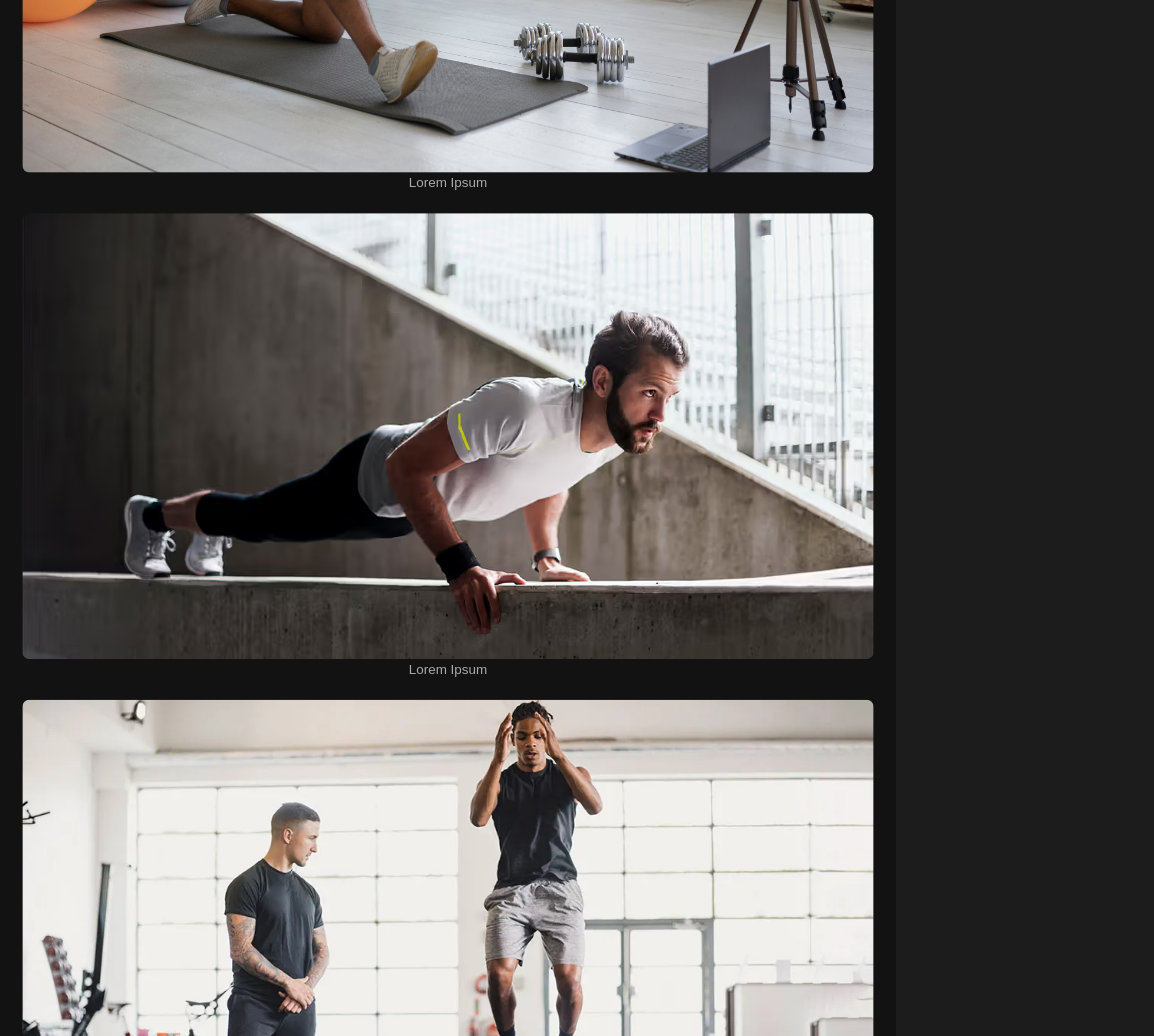
Repository: Aminul-Islam85/Assignment-2
Page: index.html
An editor plug-in stored every save of this project. The page is shown before and after the next save, followed by the edit.
The browser window is 1280 px wide. The page is 1648 px wide, so the pictures cover 1648 px, including what lies to the right of the window. The pictures show the part of the page from y = 2872 to 4352 px (the page is 9145 px tall before and 8821 px after), at 70% of full size.

Above is the page before, as saved 2024-10-23 18:28:39.

### index.html
<!DOCTYPE html>
<html lang="en">
<head>
    <meta charset="UTF-8">
    <meta name="viewport" content="width=device-width, initial-scale=1.0">
    <title>Fitness Website</title>
    <link rel="stylesheet" href="styles.css">
</head>
<body>

    <nav class="navbar">
        <h1 class="heading-text">Fitness</h1>
        <ul class="nav-links">
            <li><a href="#">Home</a></li>
            <li><a href="#">Service</a></li>
            <li><a href="#">Contact</a></li>
            <li><a href="#">About</a></li>
        </ul>
        <div class="hamburger">
            <span></span>
            <span></span>
            <span></span>
        </div>
    </nav>

    <section class="hero">
        <div class="hero-content">
            <h1>Get Body in <span class="highlighted">shape</span> & stay healthy</h1>
            <p>A huge selection of health and fitness content, healthy recipes and transformation stories to help you get fit and stay fit!</p>
            <div class="hero-buttons">
                <button class="cta-btn join-btn"> Join Club Now</button>
                <button class="cta-btn download-btn">Download App</button>
            </div>
        </div>
        <div class="hero-image">
            <img src="images/image 5.png" alt="Trainer">
        </div>

        <div class="info-card workout-card">500+<br>Free Workout Videos</div>
        <div class="info-card tutorial-card">350+<br>Video Tutorials</div>
    </section>

    <section class="habits">
        <h1>Change Your Habits</h1>
        <p>We believe fitness should be accessible to everyone, everywhere, regardless of income or access to a gym.</p>
        <div class="habits-gallery">
            <div class="habit-item">
                <img src="images/image 3.png" alt="Movement">
                <h3>Movement</h3>
                <p>We believe fitness should be accessible to everyone</p>
            </div>
            <div class="habit-item">
                <img src="images/image 2.png" alt="Time">
                <h3>Time</h3>
                <p>We believe fitness should be accessible to everyone</p>
            </div>
            <div class="habit-item">
                <img src="images/image 4.png" alt="Practice">
                <h3>Practices</h3>
                <p>We believe fitness should be accessible to everyone</p>
            </div>
            <div class="habit-item">
                <img src="images/image 5.png" alt="Wait Loss">
                <h3>Weight Loss</h3>
                <p>We believe fitness should be accessible to everyone</p>
            </div>
        </div>

    </section>

    <section class="extra-mile">
        <div class="extra-mile-content">
            <h2>Run an Extra Mile Easily</h2>
            <p>We believe fitness should be accessible to everyone, everywhere, regardless of income or access to a gym. With hundreds of professional workouts.</p>
            <button class="cta-btn extra-mile-btn">Join NOW</button>
        </div>
        <div class="extra-mile-image">
            <img src="images/run.jpg" alt="Run Image">
        </div>
    </section>

    <section class="trainings-exercises">
        <h2>Trainings and Exercises</h2>
        <p>We believe fitness should be accessible to everyone, everywhere, regardless of income or access to a gym.</p>
        <div>
            <div class="exercise-item">
                <img src="images/exercise1.jpg" alt="Exercise-1">
                <div exercise-overlay>
                    <p>Lorem Ipsum</p>
                </div>

            </div>
            <div class="exercise-item">
                <img src="images/exercise2.png" alt="Exercise-2">
                <div exercise-overlay>
                    <p>Lorem Ipsum</p>
                </div>
            </div>
            <div class="exercise-item">
                <img src="images/exercise3.png" alt="Exercise-3">
                <div exercise-overlay>
                    <p>Lorem Ipsum</p>
                </div>
            </div>
            <div class="exercise-item">
                <img src="images/exercise4.png" alt="Exercise-4">
                <div exercise-overlay>
                    <p>Lorem Ipsum</p>
                </div>
            </div>
            <div class="exercise-item">
                <img src="images/exercise5.jpg" alt="Exercise-5">
                <div exercise-overlay>
                    <p>Lorem Ipsum</p>
                </div>
            </div>
            <div class="exercise-item">
                <img src="images/run.jpg" alt="">
                <div exercise-overlay>
                    <p>Lorem Ipsum</p>
                </div>
            </div>
        </div>
    </section>

    <section class="bmi-calculator">
        <div class="bmi-title">
            <h2>BMI Calculator</h2>
            <p>We believe fitness should be accessible to everyone, everywhere, regardless of income or access to a gym.</p>
        </div>
        <div class="bmi-content">
            <div class="bmi-chart">
                <h3>BMI Calculator Chart</h3>
                <table>
                    <thead>
                        <tr>
                            <th>BMI</th>
                            <th>Weight Status</th>
                        </tr>
                    </thead>
                    <tbody>
                        <tr>
                            <td>Below 18.5</td>
                            <td>Underweight</td>
                        </tr>
                        <tr>
                            <td>18.5 - 24.9</td>
                            <td>Healthy</td>
                        </tr>
                        <tr>
                            <td>25.0 - 29.9</td>
                            <td>Overweight</td>
                        </tr>
                        <tr>
                            <td>30.0 - and Above</td>
                            <td>Obese</td>
                        </tr>
                    </tbody>
                </table>
            </div>

            <div>
                <h3>Calculate your BMI</h3>
                <p>We believe fitness should be accessible to everyone, everywhere, regardless of income or access to a gym.</p>
                <form>
                    <input type="text" placeholder="Height/cm">
                    <input type="text" placeholder="Weight/kg">
                    <input type="text" placeholder="Age">
                    <select>
                        <option value="">Sex</option>
                        <option value="">Male</option>
                        <option value="">Female</option>
                    </select>
                    <select>
                        <option value="">Select an activity factor</option>
                        <option value="">Sedentary</option>
                        <option value="">Lightly active</option>
                        <option value="">Moderatly active</option>
                        <option value="">Very active</option>
                    </select>
                </form>
            </div>
        </div>
    </section>

    <section class="team-selection">
        <div class="team-title">
            <h2>Meet Our Team</h2>
            <p>We believe fitness should be accessible to everyone, everywhere, regardless of income or access to a gym.</p>
        </div>
        <div class="team-content">
            <div class="team-member">
                <img src="images/trainer1.png" alt="Jerome Bell">
                <div class="team-overlay">
                    <h3>Jerome Bell</h3>
                    <p>Trainer</p>
                </div>
            </div>
            <div class="team-member">
                <img src="images/trainer2.png" alt="Cameron Williamson">
                <div class="team-overlay">
                    <h3>Cameron Williamson</h3>
                    <p>Trainer</p>
                </div>
            </div>
            <div class="team-member">
                <img src="images/trainer3.png" alt="Darrell Steward">
                <div class="team-overlay">
                    <h3>Darrell Steward</h3>
                    <p>Trainer</p>
                </div>
            </div>
            <div class="team-member">
                <img src="images/trainer4.png" alt="Dianne Russell">
                <div class="team-overlay">
                    <h3>Dianne Russell</h3>
                    <p>Trainer</p>
                </div>
            </div>
            <div class="team-member">
                <img src="images/trainer5.png" alt="Cody Fisher">
                <div class="team-overlay">
                    <h3>Cody Fisher</h3>
                    <p>Trainer</p>
                </div>
            </div>
            <div class="team-member">
                <img src="images/trainer6.png" alt="Theresa Webb">
                <div class="team-overlay">
                    <h3>Theresa Webb</h3>
                    <p>Trainer</p>
                </div>
            </div>
        </div>
    </section>

    <footer class="footer-section">
        <div class="footer-content">
            <div class="footer-brand">
                <h2 class="footer-logo">Fitness</h2>
                <p>We believe fitness should be accessible to everyone, everywhere, regardless of income or access to a gym.</p>
            </div>
            <div class="footer-links">
                <h3>Get Startted</h3>
                <ul>
                    <li><a href="#">Service</a></li>
                    <li><a href="#">Contact Us</a></li>
                    <li><a href="#">Affiliate Program</a></li>
                    <li><a href="#">About Us</a></li>
                </ul>

            </div>
            <div class="footer-links">
                <h3>Get Started</h3>
                <ul>
                    <li><a href="#">Fitness</a></li>
                    <li><a href="#">Platform</a></li>
                    <li><a href="#">Workout Library</a></li>
                    <li><a href="#"></a>App Design</li>
                </ul>
            </div>
        </div>
    </footer>
</body>
</html>

### styles.css
/*Global Styles*/
* {
    margin: 0;
    padding: 0;
    box-sizing: border-box;
}

body {
    font-family: 'Arial', sans-serif;
    background-color:#1c1c1c;
    color: #fff;
}

/*Navbar*/
.navbar {
    display: flex;
    justify-content: space-between;
    align-items: center;
    padding: 1rem 2rem;
    background-color: transparent;
}

.heading-text {
    font-size: 1.5rem;
    color: #ff5e00;
}

/*nav-link hidden in moble*/
.nav-links {
    list-style: none;
    display: flex;
    gap: 2rem;
}

.nav-links a {
    color: #fff;
    text-decoration: none;
    font-size: 1rem;
}

/*Hamburger menu hidden in desktop*/
.hamburger {
    display: none;
    flex-direction: column;
    cursor: pointer;
}

.hamburger span {
    width: 25px;
    height: 3px;
    background-color: #fff;
    margin: 4px;
    transition: 0.3s;
}

/*responsiveness*/

@media (max-width: 768px) {
    .nav-links {
        display: none;
    }
    .hamburger {
        display: flex;
    }
    /*hamburger clicked show nav-links*/
    .navbar.active .nav-links {
        display: flex;
        flex-direction: column;
        position: absolute;
        top: 60px;
        right: 0;
        background-color: #121212;
        width: 100%;
        height: auto;
        text-align: center;
        padding: 1rem 0;
    }
    .nav-links li {
        margin: 1rem 0;
    }
}

/* Hero section*/
.hero {
    display: flex;
    justify-content: space-between;
    align-items: center;
    padding: 4rem 2rem;
    background-color: #121212;
    position: relative;
}
.hero-content {
    max-width: 50%;
}

.hero h1 {
    font-size: 3rem;
    line-height: 1.2;
    margin-bottom: 1rem;
}

.hero .highlighted {
    font-style: italic;
    font-weight: 700;
    color: #ff5e00;
}

.hero p {
    font-size: 1.2rem;
    margin-bottom: 2rem;
}

.hero-buttons {
    display: flex;
    gap: 1rem;
}

.cta-btn {
    padding: 1rem 2rem;
    font-size: 1rem;
    border: none;
    border-radius: 5px;
    cursor: pointer;
}

.join-btn {
    background-color: #ff5e00;
    color: #fff;
}

.download-btn {
    background-color: transparent;
    border: 2px solid #fff;
    color: #fff;

}

.hero-image img {
    max-width: 100%;
    height: auto;
}

/*Info Cards*/
.info-card {
    position: absolute;
    background-color: #2e2e2e;
    color: white;
    border-radius: 8px;
    padding: 1re 1.5rem;
    font-size: 1.2rem;
    font-weight: bold;
    text-align: center;
}

.workout-card {
    top: 30%;
    right: 10%;
}

.tutorial-card {
    top: 60%;
    left: 55%;
}

/*Hero reponsive for mobile*/
@media (max-width: 768px) {
.hero {
    flex-direction: column;
    text-align: center;
}
.hero-content {
    max-width: 100%;
    margin-bottom: 2rem;
}
.hero-image img {
    max-width: 100%;
    height: auto;
}
.info-card {
    font-size: 1rem;
    padding: 0.75rem 1 rem;
    position: relative;
    margin: 1rem auto;
    width: auto;
}
.workout-card, .tutorial-card {
    top: auto;
    left: auto;
    right: auto;
    transform: none;
    margin-bottom: 1rem;
 }
}

/*Hero Buttons on mobile*/
@media (max-width:480px) {
    .hero-buttons {
        flex-direction: column;
        gap: 1rem;
    }
    .cta-btn {
        width: 100%;
    }
}

/*Change habit section*/
.habits {
    padding: 4rem 2rem;
    text-align: center;
    background-color: #121212;
}

.habits h2 {
    font-size: 2.5rem;
    margin-bottom: 1rem;
}

.habits p {
    font-size: 1.2rem;
    margin-bottom: 2rem;
}

.habits-gallery {
    display: flex;
    justify-content: space-around;
    align-items: center;
    flex-wrap: wrap;
    gap: 2rem;
}

.habit-item {
    text-align: center;
    max-width: 200px;
}

.habit-item img {
    width: 100px;
    height: 100px;
    border-radius: 50%;
    margin-bottom: 1rem;
}

.habit-item h3 {
    font-size: 1.5rem;
    margin-bottom: 0.5rem;
}
.habit-item p {
    font-size: 1rem;
    color: #aaa;
}

/*Extra mile section*/
.extra-mile {
    display: flex;
    justify-content: space-between;
    align-items: center;
    background-color: #2e2e2e;
    padding: 4rem 2rem;
    border-radius: 20px;
    margin: 4rem 0;
}

.extra-mile-content {
    max-width: 50%;
}
.extra-mile h2 {
    font-size: 2.5rem;
    margin-bottom: 1rem;
}
.extra-mile p {
    font-size: 1.2rem;
    margin-bottom: 2rem;
}
.extra-mile btn {
    background-color: #ff5e00;
    color: white;
    border: none;
    padding: 1rem 2rem;
    border-radius: 5px;
    cursor: pointer;
}
.extra-mile image img {
    border-radius: 10px;
    max-width: 100%;
}
/*Footer*/
footer {
    text-align: center;
    padding: 1rem;
    background-color: #333;
    color: #fff;
    margin-top: 2rem;
}
/*responsive design*/
@media (max-width: 768px) {
    .hero h1 {
        font-size: 2rem;
    }
    .hero p {
        font-size: 1rem;
    }
    .extra-mile {
        flex-direction: column;
        text-align: center;
    }
    .extra-mile-content, .extra-mile-image {
        max-width: 100%;
    }
}

@media (max-width: 480px) {
    hero h1 {
        font-size: 1.5rem;
    }
    .hero p {
        font-size: 0.9rem;
    }
}

/* Trainings and Exercise*/
.trainings-exercises {
    padding: 4rem 2rem;
    text-align: center;
    background-color: #121212;
}

.trainings-exercises h2 {
    font-size: 2.5rem;
    margin-bottom: 1rem;
}
.trainings-exercises p {
    font-size: 1.2rem;
    margin-bottom: 2rem;
    color: #aaa;
}
.exercise-gallery {
    display: grid;
    grid-template-columns: repeat(3, 1fr);
    gap: 1rem;
}
.exercise-item {
    position: relative;
}
.exercise-item img {
    width: 100%;
    height: auto;
    border-radius: 10px;
}
.exercise-overlay {
    position: absolute;
    top: 0;
    left: 0;
    width: 100%;
    height: 100%;
    background-color: rgba(0, 0, 0, 0.5);
    color: white;
    display: flex;
    justify-content: center;
    align-items: center;
    opacity: 0;
    transition: opacity 0.3s ease;
    border-radius: 10px;
}
.exercise-item:hover .exercise-overlay {
    opacity: 1;
}
.exercise-overlay p {
    font-size: 1.2rem;
    text-align: center;
}

/*BMI*/
.bmi-calculator {
    background-color: #121212;
    padding: 4rem 2rem;
}
.bmi-title {
    text-align: center;
    margin-bottom: 2rem;
}
.bmi-title h2 {
    font-size: 2.5rem;
    margin-bottom: 1rem;
    color: #fff;
}
.bmi-title p {
    font-size: 1.2rem;
    color: #aaa;
}

/*calculator*/
.bmi-content {
    display: flex;
    justify-content: space-between;
    align-items: flex-start;
    background-color: #2e2e2e;
    padding: 2rem;
    border-radius: 20px;
}
.bmi-chart {
    flex: 1;
    margin-right: 2rem;
}
.bmi-chart h3 {
    color:#fff;
    margin-bottom: 1rem;
}
.bmi-chart table {
    width: 100%;
    border-collapse: collapse;
}
.bmi-chart table th, .bmi-chart table td {
    padding: 1rem;
    text-align: left;
    border: 1px solid #fff;
    color: #fff;
}
.bmi-form {
    flex: 1;
}
.bmi-form h3 {
    color: #fff;
    margin-bottom: 1rem;
}
.bmi-form p {
    margin-bottom: 2rem;
    color: #aaa;
}
.bmi-form input, .bmi-form select {
    width: 100%;
    padding: 1rem;
    margin-bottom: 1rem;
    border-radius: 5px;
    border: none;
    background-color: #333;
    color: #fff;
}
.bmi-form select {
    cursor: pointer;
}
.bmi-form .calculate-btn {
    background-color: #ff5e00;
    color: white;
    border: none;
    padding: 1rem 2rem;
    border-radius: 5px;
    cursor: pointer;
    width: 100%;
    text-align: center;
}

/*responsiveness*/
@media (max-width: 768px) {
    .bmi-content {
        flex-direction: column;
    }
    .bmi-chart {
        margin-right: 0;
        margin-bottom: 2rem;
    }
}

/*Meet our team*/
.team-selection {
    background-color: #121212;
    padding: 4rem 2rem;
}
.team-title {
    text-align: center;
    margin-bottom: 2rem;
}
.team-title h2 {
    font-size: 2.5rem;
    margin-bottom: 1rem;
    color: #fff;
}
.team-title p {
    font-size: 1.2rem;
    color: #aaa;
}

/*Team-content*/
.team-content {
    display: grid;
    grid-template-columns: repeat(3,1fr);
    gap: 1.5rem;
    background-color: #2e2e2e;
    padding: 2rem;
    border-radius: 20px;
}
.team-member {
    position: relative;
    border-radius: 10px;
    overflow: hidden;
}
.team-member img {
    width: 100%;
    height: auto;
    border-radius: 10px;
}
.team-overlay {
    position: absolute;
    bottom: 0;
    left: 0;
    width: 100%;
    background-color: rgba(0, 0, 0, 0.5);
    color: white;
    padding: 1rem;
    text-align: center;
    transition: background-color 0.3s ease;
}
.team-member:hover .team-overlay {
    background-color: rgba(0, 0, 0, 0.7);
}
.team-overlay h3 {
    margin: 0;
    font-size: 1.2rem;
}
.team-overlay p {
    margin: 0.5rem 0 0;
    font-size: 0.9rem;
}

/*responsive design*/
@media (max-width: 768px) {
    .team.content {
        grid-template-columns: repeat(2, 1fr);
    }
}

@media (max-width: 480px) {
    .team.content {
        grid-template-columns: 1fr;
    }
}

/*footer section*/
.footer-section {
    background-color: #2e2e2e;
    padding: 4rem 2rem;
    color: #fff;
}
.footer-content {
    display: flex;
    justify-content: space-between;
    align-items: flex-start;
    margin-bottom: 2rem;
}
.footer-logo {
    font-size: 2.5rem;
    color: #ff5e00;
}
.footer-content p {
    max-width: 300px;
    color: #aaa;
}
.footer-links {
    display: flex;
    flex-direction: column;
}
.footer-links h3 {
    margin-bottom: 1rem;
}
.footer-links ul {
    list-style: none;
    padding: 0;
}
.footer-links li {
    margin-bottom: 0.5rem;
}
.footer-links a {
    color: #fff;
    text-decoration: none;
    transition: 0.3s ease;
}
.footer-links a:hover {
    color: #ff5e00;
}
.footer-bottom {
    text-align: center;
    padding-top: 1rem;
    border-top: 1px solid #444;
    color: #aaa;
}

/*rensiveness*/
@media (max-width: 768px) {
    .footer-content {
        flex-direction: column;
        text-align: center;
    }
    .footer-links {
        margin-top: 2rem;
    }
}

After the next save:
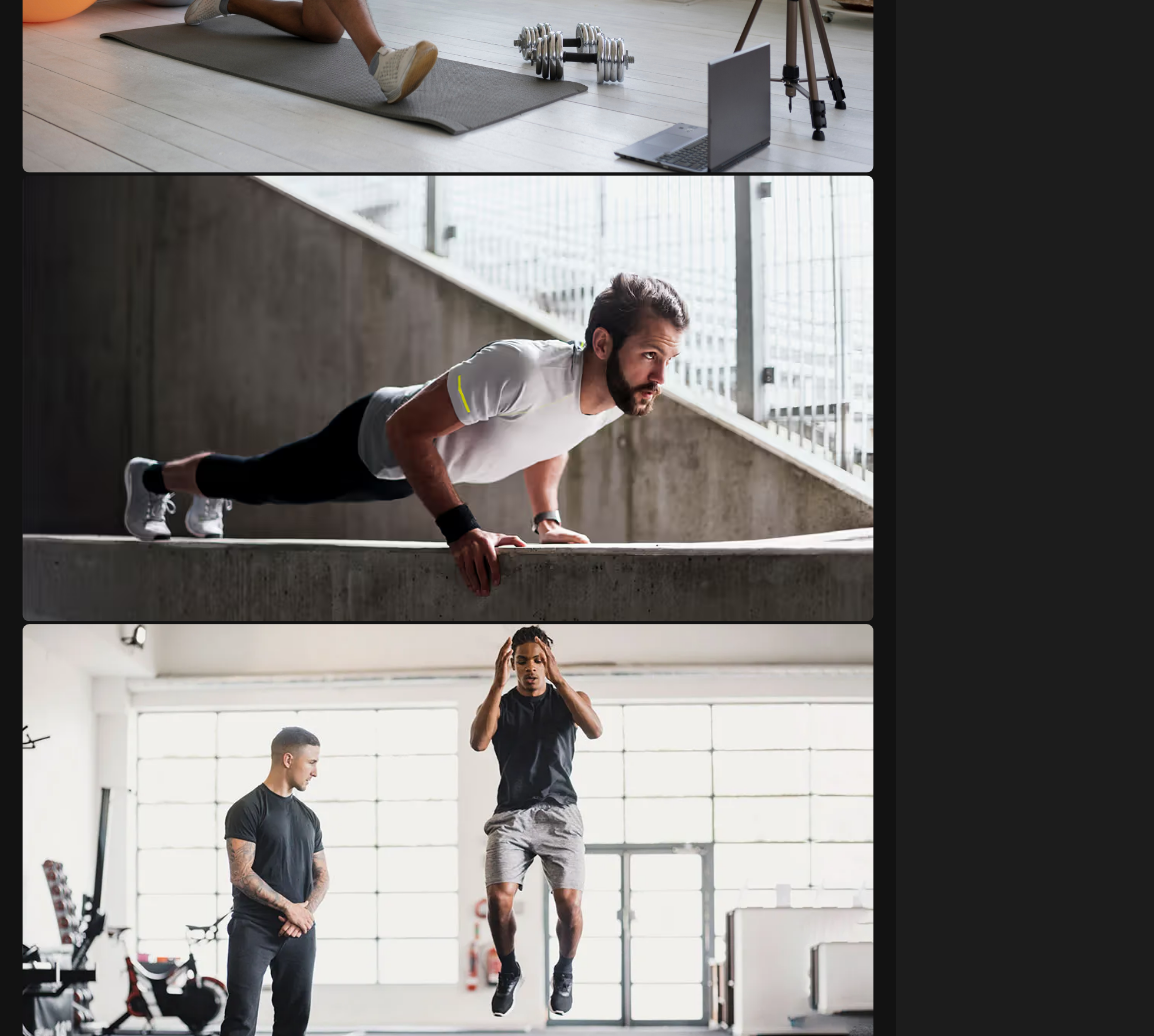
Saved 10 min 38 s later.
--- a/index.html
+++ b/index.html
@@ -85,38 +85,38 @@
         <div>
             <div class="exercise-item">
                 <img src="images/exercise1.jpg" alt="Exercise-1">
-                <div exercise-overlay>
+                <div class="exercise-overlay">
                     <p>Lorem Ipsum</p>
                 </div>
 
             </div>
             <div class="exercise-item">
                 <img src="images/exercise2.png" alt="Exercise-2">
-                <div exercise-overlay>
+                <div class="exercise-overlay">
                     <p>Lorem Ipsum</p>
                 </div>
             </div>
             <div class="exercise-item">
                 <img src="images/exercise3.png" alt="Exercise-3">
-                <div exercise-overlay>
+                <div class="exercise-overlay">
                     <p>Lorem Ipsum</p>
                 </div>
             </div>
             <div class="exercise-item">
                 <img src="images/exercise4.png" alt="Exercise-4">
-                <div exercise-overlay>
+                <div class="exercise-overlay">
                     <p>Lorem Ipsum</p>
                 </div>
             </div>
             <div class="exercise-item">
                 <img src="images/exercise5.jpg" alt="Exercise-5">
-                <div exercise-overlay>
+                <div class="exercise-overlay">
                     <p>Lorem Ipsum</p>
                 </div>
             </div>
             <div class="exercise-item">
                 <img src="images/run.jpg" alt="">
-                <div exercise-overlay>
+                <div class="exercise-overlay">
                     <p>Lorem Ipsum</p>
                 </div>
             </div>
